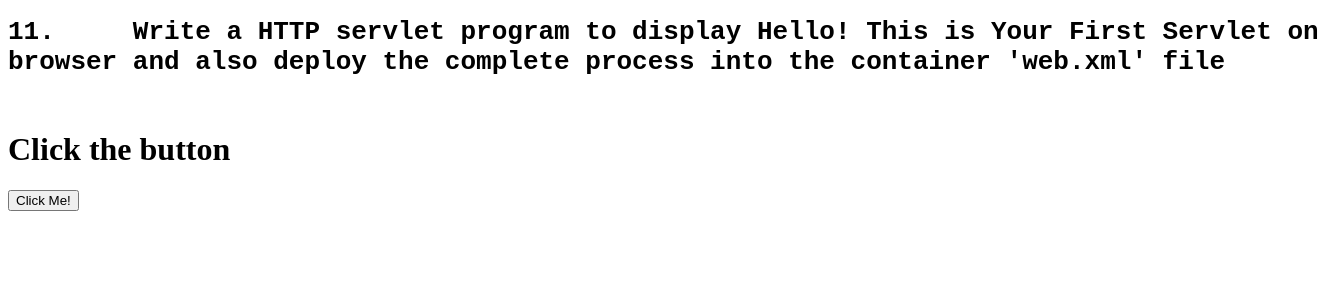
Repository: VIVEKANAND-SINHA/AdvanceJavaTraining
Page: ProjectFileAdvanceJava/src/main/webapp/Question No. 11.html
These files come from the project's save history. The page is drawn as it stood at one moment and after the next save; the edit follows.
The browser window is 1280 px wide. The page is 1339 px wide, then 1280 px, so the pictures cover 1339 px, including what lies to the right of the window. The pictures show the whole page.

Above is the page before, as saved 2023-01-26 08:50:22.

After the next save:
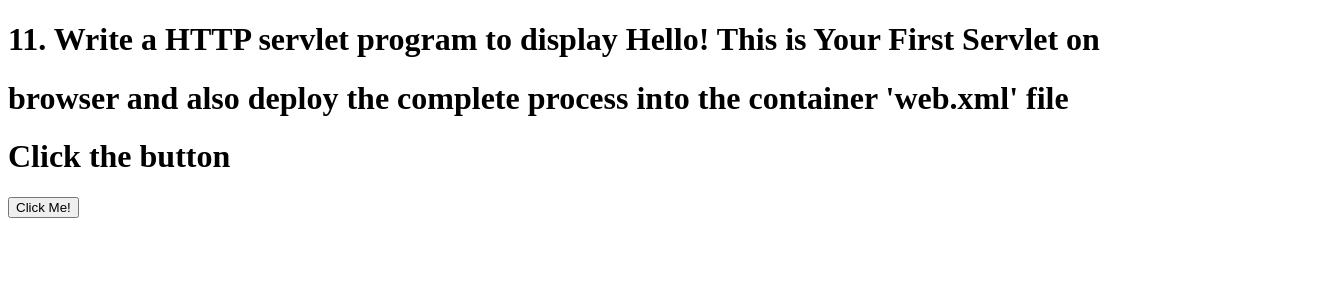
Saved 72 s later.
--- a/ProjectFileAdvanceJava/src/main/webapp/Question No. 11.html
+++ b/ProjectFileAdvanceJava/src/main/webapp/Question No. 11.html
@@ -5,10 +5,9 @@
 <title>Solution No. 11</title>
 </head>
 <body>
-<pre>
-<h1>11.	Write a HTTP servlet program to display Hello! This is Your First Servlet on
-browser and also deploy the complete process into the container 'web.xml' file</h1>
-</pre>
+	<h1>11.	Write a HTTP servlet program to display Hello! This is Your First Servlet on</h1>
+	<h1> browser and also deploy the complete process into the container 'web.xml' file</h1>
+
 <form method = "post" action = "HelloServlet">
 <h1>Click the button</h1>
 <button type = "Submit">Click Me!</button>
